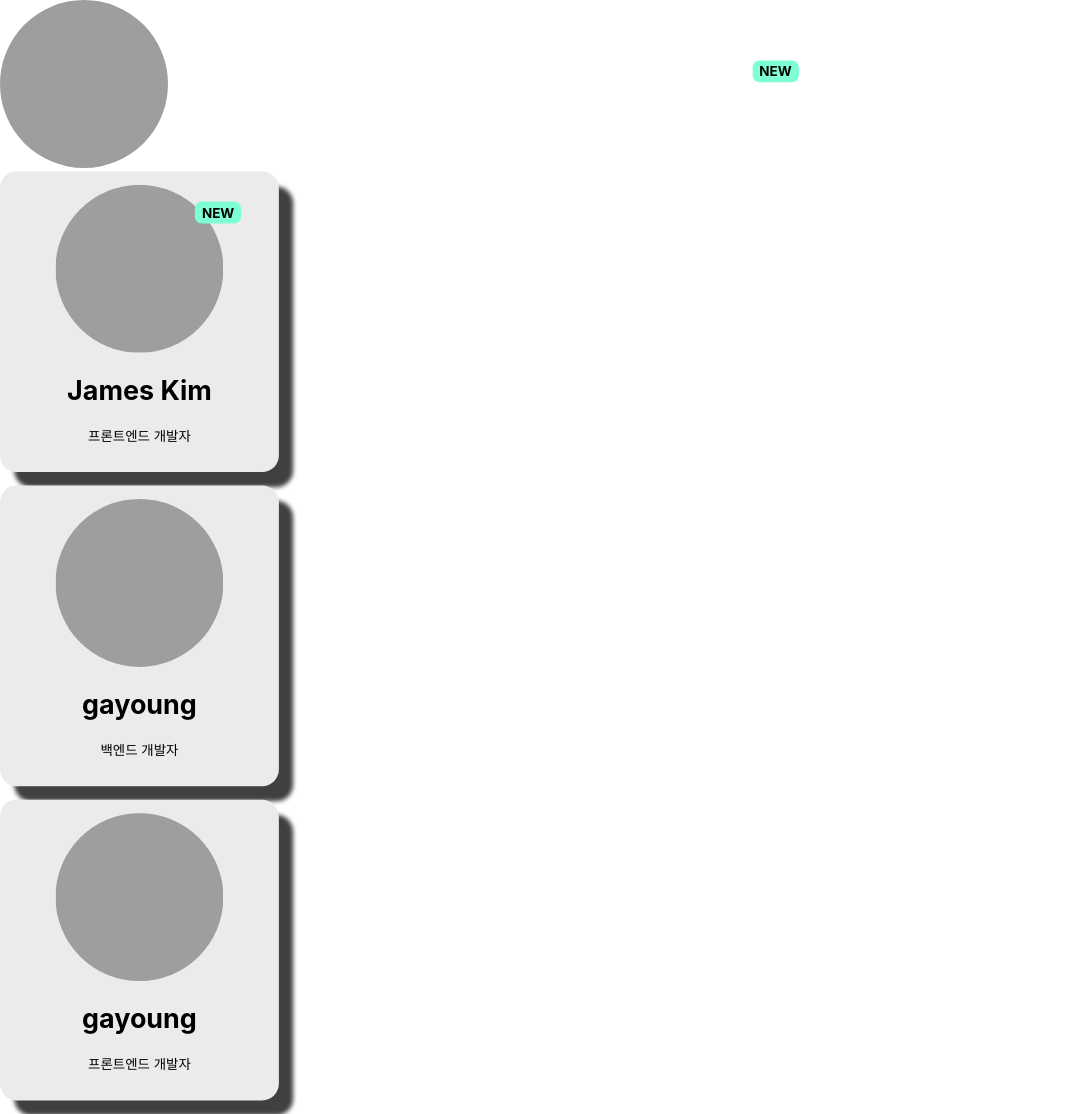
Repository: Yugayoung/css-example
Page: / (app in react/basic/)
An editor plug-in stored every save of this project. The page is shown before and after the next save, followed by the edit.
The browser window is 1280 px wide. The pictures show the whole page, at 84% of full size.
Pictures or frames that could not be fetched are drawn as grey boxes. The project was rebuilt for these pictures with package versions that can differ from the ones it lists, and the page was loaded fresh each time.

Above is the page before, as saved 2023-12-19 11:59:25.

After the next save:
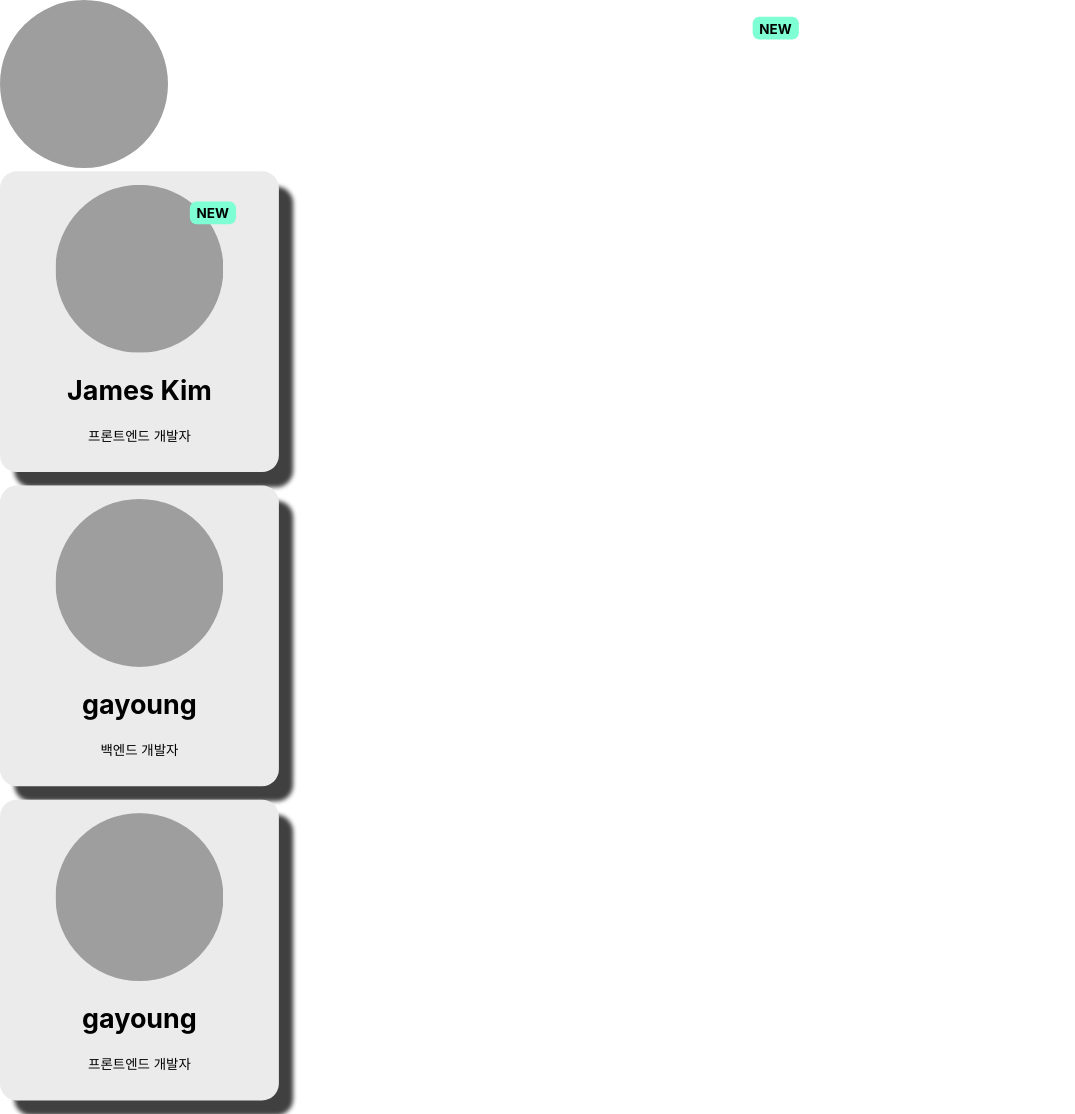
Saved 18 s later.
--- a/react/basic/src/App.css
+++ b/react/basic/src/App.css
@@ -31,3 +31,7 @@
   text-transform: uppercase;
   font-weight: bold;
 }
+
+.avatar {
+  position: relative;
+}
